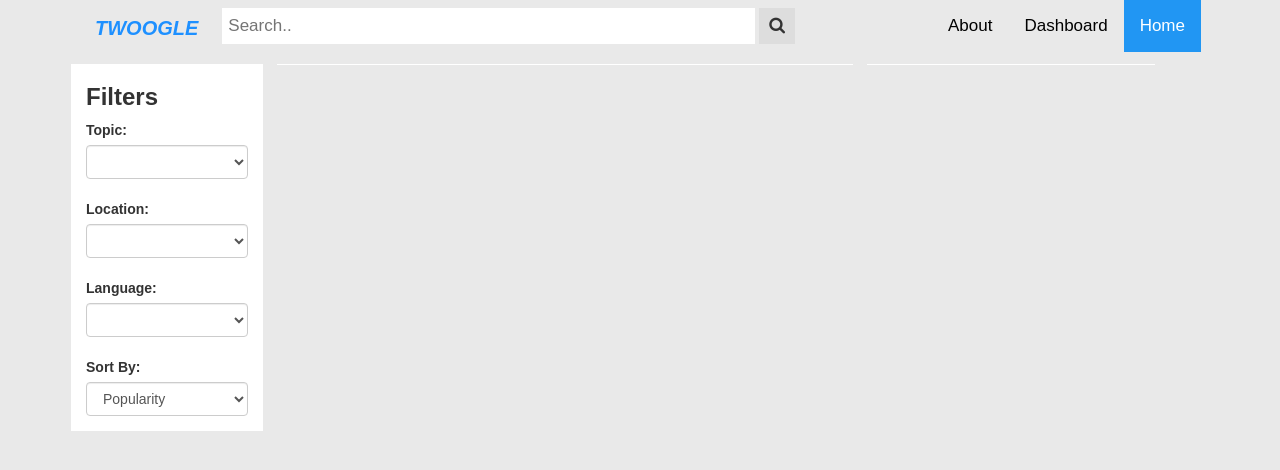
Repository: deboshre/IR-Search-Engine
Page: main_page.html
The author's editor kept a record of every edit. The page is drawn from the files as they stood at one moment, then again after the next edit.
The browser window is 1280 px wide. The pictures show the whole page.
The page's requests for data from a server got no answer.

Above is the page before.

### main_page.html
<!DOCTYPE html>
<html lang="en">
<head>
  <title>Search Results</title>
  <meta charset="utf-8">
  <meta name="viewport" content="width=device-width, initial-scale=1">
  <link rel="stylesheet" href="https://maxcdn.bootstrapcdn.com/bootstrap/3.3.7/css/bootstrap.min.css">
  <link rel="stylesheet" href="https://cdnjs.cloudflare.com/ajax/libs/font-awesome/4.7.0/css/font-awesome.min.css">
  <link rel="stylesheet" href="styles/main_page.css">
  <script src="https://ajax.googleapis.com/ajax/libs/jquery/3.3.1/jquery.min.js"></script>
  <script src="https://maxcdn.bootstrapcdn.com/bootstrap/3.3.7/js/bootstrap.min.js"></script>
  <script src="js/main_page.js"></script>
</head>
<body>

<div class="container" style = "width:90%">
  <div class="topnav">

  <div class="search-container">
      <a class="heading" href="#head"><b>TWOOGLE</b></a>
      <input id="search_panel" type="text" placeholder="Search.." size = 50 name="search" />
      <button onclick="SearchResults('search_panel', 'query')" ><i  class="fa fa-search"></i></button>
  </div>
   <a class="active" href="#home">Home</a>
  <a href="#About" onclick="openDashboard()">Dashboard</a>
  <a href="#contact">About</a>
</div>
  <div class="row" >
    <div class="col-sm-2" style="margin:7px; background-color: white">
      <h3><b>Filters</b></h3>
        <form>
          <div class="form-group">
            <label for="sel1">Topic:</label>
            <select class="form-control" id="sel1" onchange="ApplyFilter(id,'topic')">
              <option></option>
              <option>Environment</option>
              <option>Crime</option>
              <option>Social Unrest</option>
              <option>Politics</option>
              <option> Infrastructure</option>
            </select>
            <br>
            <label for="sel1">Location:</label>
            <select class="form-control" id="sel2" onchange="ApplyFilter(id,'city')">
              <option></option>
              <option>Mexico city</option>
              <option>NYC</option>
              <option>Delhi</option>
              <option>Bangkok</option>
              <option>Paris</option>
            </select>
            <br>
            <label for="sel1">Language:</label>
            <select class="form-control" id="sel3" onchange="ApplyFilter(id,'lang')">
              <option></option>
              <option>English</option>
              <option>French</option>
              <option>Thai</option>
              <option>Hindi</option>
              <option>Spanish</option>
            </select>
            <br>
            <label for="sel1">Sort By:</label>
            <select class="form-control" id="sel4">
              <option>Popularity</option>
            </select>
          </div>


        </form>
    </div>
    <div id="tweets" class="col-sm-6" style="margin: 7px; background-color:white">

    </div>
    <div id="trends" class="col-sm-3" style="margin: 7px; background-color:white">

    </div>
</div>

</body>
</html>

### styles/main_page.css
* {box-sizing: border-box;}

body {
  margin: 0;
  font-family: Arial, Helvetica, sans-serif;
  background:#e9e9e9;
}

.topnav {
  overflow: hidden;
  background-color: #e9e9e9;
}

.topnav a {
  float: right;
  display: block;
  color: black;
  text-align: center;
  padding: 14px 16px;
  text-decoration: none;
  font-size: 17px;
}

.topnav a:hover {
  background-color: #ddd;
  color: black;
}

.topnav a.active {
  background-color: #2196F3;
  color: white;
}

.topnav .heading {
    float: left;
    color: dodgerblue;
    font-size: 20px;
    font-style: oblique;
}
.topnav .search-container {
  float: left;
}

.topnav input[type=text] {
  padding: 6px;
  margin-top: 8px;
  font-size: 17px;
  border: none;
  margin-left: 8px
}

.topnav .search-container button {
  /*float: right;*/
  padding: 6px 10px;
  margin-top: 8px;
  margin-right: 16px;
  background: #ddd;
  font-size: 17px;
  border: none;
  cursor: pointer;
}

#tweet_heading {
    font-weight:bold;
}

#tweet {
    border-bottom: 1px solid #ccc;
}
.topnav .search-container button:hover {
  background: #ccc;
}

.container{
}

#trend {
    margin: 3px;
    padding: 2px;
}

#trend_head {
    color: dodgerblue;
}
@media screen and (max-width: 600px) {
  .topnav .search-container {
    float: none;
  }
  .topnav a, .topnav input[type=text], .topnav .search-container button {
    float: none;
    display: block;
    text-align: left;
    width: 100%;
    margin: 0;
    padding: 14px;
  }
  .topnav input[type=text] {
    border: 1px solid #ccc;
  }
}

### js/main_page.js
var response = null;
var obj = {}
obj["topic"] = ""
obj["city"] = ""
obj["lang"] = ""
obj["query"] = ""
var topic = {"Infrastructure":"infra"}
var map = {"Infrastructure":"infra", "Paris":"France", "English": "en", "French":"fr", "Hindi":"hi","Spanish":"es", "Thai":"th"}
var city = {"Paris":"france"}
var url = 'http://18.188.194.230:5000/getDefaultResults'

function AddTweets(screen_name, name, summary, tweet_link) {
    var node = document.createElement("DIV")
    node.id = "tweet"
    var head = document.createElement("H6");
    head.id = "tweet_heading"
    head.appendChild(document.createTextNode(name));
    var link = document.createElement('a');
    link.id = "tweet_link"
    link.setAttribute('href', "https://twitter.com/user/status/" + tweet_link);
    link.appendChild(document.createTextNode("https://twitter.com/user/status/" + tweet_link));
    var text = document.createElement("p");
    text.id = "tweet_text"
    text.appendChild(document.createTextNode(summary));
    node.appendChild(head)
    node.appendChild(link)
    node.appendChild(text)
    document.getElementById("tweets").appendChild(node);
}


function AddTrends(tag, count) {
    var node = document.createElement("DIV")
    node.id = "trend"
    var head = document.createElement("H6");
    head.id = "trend_heading"
    head.appendChild(document.createTextNode(tag));
    var text = document.createElement("p");
    text.id = "trend_count"
    text.appendChild(document.createTextNode(count));
    node.appendChild(head)
    node.appendChild(text)
    // document.getElementById("trends").appendChild(node);
    return node
}

  window.onload = function(){
    if(Boolean(window.location.search)){
      var data = window.location.search.substring(1);
      data = data.split("&").filter(x => x.split("=")[0] === "query")[0]
      if(Boolean(data)){
        data = data.split("=");
        document.getElementById("search_panel").value = data[1];
        document.getElementById("tweets").innerHTML = ""
        obj["query"] = data[1];
        getJSON()
        // write code here to make api call to fetch tweets from api
      }
    }
  }

  fetch("http://18.188.194.230:5000/trending").then(x => x.json()).then(y => {
    document.getElementById("trends").innerHTML = '<h3><b>Trending for You</b></h3>' + y.map(data => {
      return `<div id="trend"><div id="trend_head"> #${data.label}</div><div id="trend_count">${data.value} Tweets</div></div>`
    }).join("");
  })

  // fetch("http://18.188.194.230:5000/trending").then(x => x.json()).then(y => {
  //   document.getElementById("trends").innerHTML = y.map(y=>data, function(data) {
  //       var node = document.createElement("DIV")
  //       node.id = "trend"
  //       var head = document.createElement("H6");
  //       head.id = "trend_heading"
  //       head.appendChild(document.createTextNode(data.label));
  //       var text = document.createElement("p");
  //       text.id = "trend_count"
  //       text.appendChild(document.createTextNode(data.val));
  //       node.appendChild(head)
  //       node.appendChild(text)
  //       // document.getElementById("trends").appendChild(node);
  //       return node
  //   }).join("");
  // })

  function openDashboard(){
    var query = document.getElementById("search_panel").value;
    console.log(query)
    window.location.replace("dashboard.html?query="+query);
  }
function clearFilters() {
  obj["topic"] = ""
  obj["city"] = ""
  obj["lang"] = ""
  $('select').prop('selectedIndex', 0);
}

function SearchResults(id, param) {
  console.log(document.getElementById(id).value)
  document.getElementById("tweets").innerHTML = ""
  obj[param] = document.getElementById(id).value;
  clearFilters()
  getJSON()
}


function ApplyFilter(id, param) {
  console.log("param triggered")
  document.getElementById("tweets").innerHTML = ""
  var sel = document.getElementById(id);
  var value = sel.options[sel.selectedIndex].text;
  if(value in map) {
    obj[param] = map[value]
  } else {
    obj[param] = value
  }
  console.log(obj)
  getJSON()
}

function RetrieveTweets(docs) {
    var x,i;
    for (i in docs){
        x = docs[i]
        console.log(x)
        AddTweets(x.screen_name != null ? x.screen_name : "", x.name != null ? x.name : "", x.summary, x.link != null ? x.link : "");
    }
}

var getJSON = function() {
    var xhr = new XMLHttpRequest();
    xhr.open("POST", url, true);
    xhr.setRequestHeader('Content-type','application/json; charset=utf-8');
    // xhr.setRequestHeader('Access-Control-Allow-Origin', '*');
    // sxhr.setRequestHeader('Access-Control-Allow-Methods', '*');
    xhr.responseType = 'json';
    xhr.onload = function() {
      var status = xhr.status;
      if (status === 200) {
        console.log("called : ");
        var jsonResponse = xhr.response;
        // console.log(jsonResponse);
        RetrieveTweets(jsonResponse);
      } else {
         console.log("failed");
      }
    };
    xhr.send(JSON.stringify(obj));
};

After the next edit:
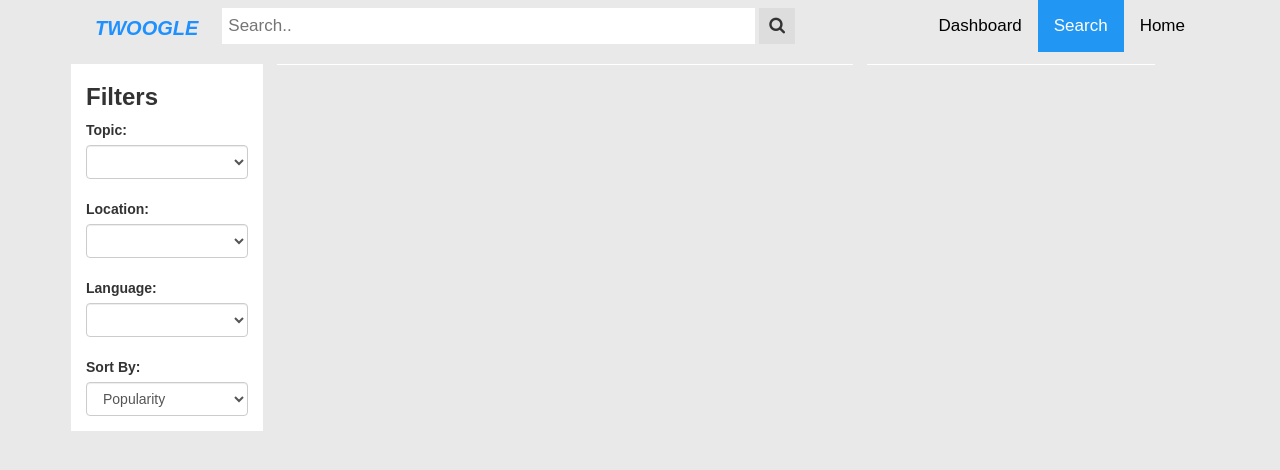
The edit:
--- a/main_page.html
+++ b/main_page.html
@@ -21,9 +21,9 @@
       <input id="search_panel" type="text" placeholder="Search.." size = 50 name="search" />
       <button onclick="SearchResults('search_panel', 'query')" ><i  class="fa fa-search"></i></button>
   </div>
-   <a class="active" href="#home">Home</a>
-  <a href="#About" onclick="openDashboard()">Dashboard</a>
-  <a href="#contact">About</a>
+   <a  href="#home" onclick="document.location.href = 'index.html'">Home</a>
+  <a class="active" href="#search">Search</a>
+  <a href="#Dashboard" onclick="openDashboard()">Dashboard</a>
 </div>
   <div class="row" >
     <div class="col-sm-2" style="margin:7px; background-color: white">
